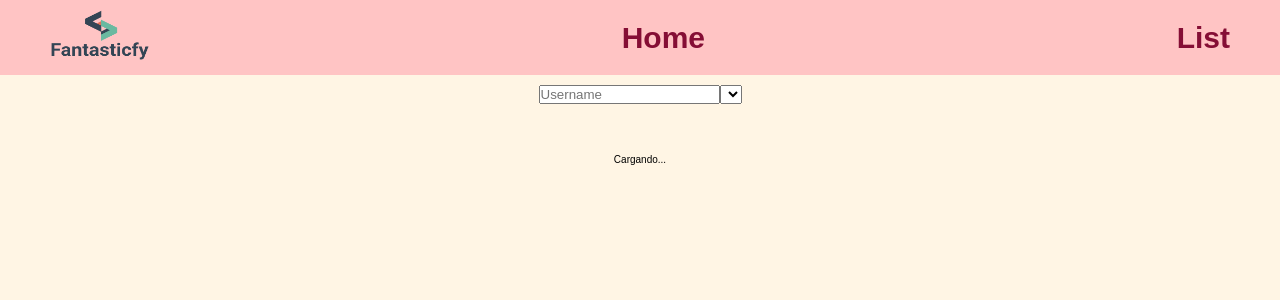
Repository: ChristianGecchelin/fullstack-react-node-fantasticfy
Page: /user-list (app in front/)
An editor plug-in stored every save of this project. The page is shown before and after a run of saves, followed by the edit.
The browser window is 1280 px wide. The pictures show the whole page.
The page's requests for data from a server got no answer. The project was rebuilt for these pictures with package versions that can differ from the ones it lists, and the page was loaded fresh each time. No one was signed in, and anything a server would have sent is missing. Also part of the build but not shown: front/src/Components/UserCard/index.css, front/src/Components/UserCard/index.jsx, front/src/Pages/UserProfile.jsx, front/src/App.css.

Above is the page before, as saved 2022-09-05 16:38:04.

### front/src/index.css
:root{
  --main-color:#FFF5E4;
  --secondary-color:#FFC4C4;
  --third-color:#EE6983;
  --fourth-color:#850E35;
}
* {
  margin: 0;
  padding: 0;
  box-sizing: border-box;
}
html {
  font-size: 62.5%;
  font-family: sans-serif;
}
html,body{
  background-color:var(--main-color)
}
ul{
  list-style: none;
}
a{
  text-decoration: none;
}

### front/src/App.js
import { Routes, Route, Link } from "react-router-dom";
import { UserList } from "./Pages/UserList";
import { UserProfile } from "./Pages/UserProfile";
import { Nav } from "./Components/nav/Nav";
import "./App.css";

function App() {
  return (
    <div className="App">
      <Nav />
      <Routes>
        <Route path="/user-list" element={<UserList />} />
        <Route path="/user-profile/:id" element={<UserProfile />} />
      </Routes>
    </div>
  );
}

export default App;

### front/src/Pages/UserList.jsx
import { useEffect, useState } from "react";
import axios from "axios";
import { UserCard } from "../Components/UserCard";
import "./index.css";
export const UserList = () => {
  const [list, setList] = useState([]);
  const [inmutableList, setInmutableList] = useState([]);
  const [genderArray, setGenderArray] = useState([]);
  const [selectValue, setSelectValue] = useState("");
  const [input, setInput] = useState("");

  const getGenderArray = () => {
    if (list) {
      const genders = inmutableList.map((user) => {
        return user.gender;
      });
      let result = genders.filter((item, index) => {
        return genders.indexOf(item) === index;
      });
      setGenderArray(result);
    }
  };
  const getUsers = async () => {
    const response = await axios.get("http://localhost:5005/users");
    setList(response.data);
    setInmutableList(response.data);
  };

  const filterUsersBySelect = () => {
    const filter = inmutableList.filter((user) => {
      return user.gender === selectValue;
    });
    setList(filter);
  };

  const filterByName = () => {
    let result = inmutableList.filter(
      (el) =>
        el.first_name.includes(input) ||
        el.last_name.includes(input) ||
        el.username.includes(input)
    );

    setList(result);
  };

  const handleChangeInput = (e) => {
    setInput(e.target.value);
  };

  const handleChangeSelect = (e) => {
    setSelectValue(e.target.value);
  };

  useEffect(() => {
    getUsers();
  }, []);

  useEffect(() => {
    getGenderArray();
  }, [list]);

  useEffect(() => {
    filterUsersBySelect();
  }, [selectValue]);
  useEffect(() => {
    filterByName();
  }, [input]);
  return (
    <section className="section-page">
      <div>
        <input
          type="text"
          value={input}
          onChange={handleChangeInput}
          placeholder="Username"
        />
        <select value={selectValue} onChange={handleChangeSelect}>
          {genderArray.map((gender) => {
            return (
              <option key={gender} value={gender}>
                {gender}
              </option>
            );
          })}
        </select>
      </div>
      <div className="card-list">
        {list.length > 0 ? (
          list.map((user) => {
            return (
              <UserCard
                key={user.id}
                user={user}
                users={list}
                setInmutableList={setInmutableList}
                setList={setList}
              />
            );
          })
        ) : (
          <p>Cargando...</p>
        )}
      </div>
    </section>
  );
};

### front/src/Components/nav/Nav.jsx
import React from "react";
import { Link } from "react-router-dom";
import logo from "../../Assets/logo-fantasticfy.webp";
import "./index.css";
export const Nav = () => {
  return (
    <nav>
      <ul>
        <li>
          <Link to="/">
            <img src={logo} alt="fantasticfy" />
          </Link>
        </li>
        <li>
          <Link to="/">
            <h2>Home</h2>
          </Link>
        </li>
        <li>
          <Link to="/user-list">
            <h2>List</h2>
          </Link>
        </li>
      </ul>
    </nav>
  );
};

### front/src/Pages/index.css
.section-page{
    display: flex;
    flex-direction: column;
    flex-wrap: wrap;
    justify-content: center;
    align-items: center;
    padding: 10px;
    gap: 50px;
}
.card-list{
    display: flex;
    flex-direction: row;
    flex-wrap: wrap;
    justify-content: center;
    align-items: center;
}
.section-relatedUsers{
    display: flex;
    flex-direction: column;
    justify-content: center;
    align-items:center
}
.container-relatedUsers{
    display: flex;
    flex-direction: row;
    flex-wrap: wrap;
    justify-content: center;
    align-items:center
}

### front/src/Components/nav/index.css
nav{
    height: auto;
    background-color: var(--secondary-color);
}
nav ul{
    display: flex;
    flex-direction: row;
    justify-content: space-between;
    align-items: center;
    padding: 10px 50px;
}
nav a{
    font-size: 2rem;
    line-height: 2.3rem;
    color: var(--fourth-color);
}
nav img{
    width: 100px;
    height: 50px;
}
nav a:visited{
    color: var(--fourth-color);
}

Loaded but not shown: front/public/index.html (common file); front/src/index.js (common file)

After the next 2 saves:
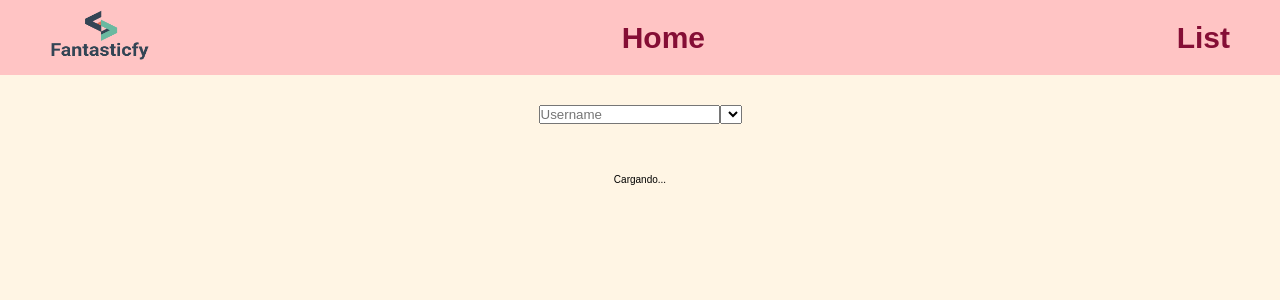
The 2 saves are shown as one change because they came seconds apart.
The last was saved 8 s later.
--- a/front/src/Pages/index.css
+++ b/front/src/Pages/index.css
@@ -4,7 +4,7 @@
     flex-wrap: wrap;
     justify-content: center;
     align-items: center;
-    padding: 10px;
+    padding: 30px;
     gap: 50px;
 }
 .card-list{
